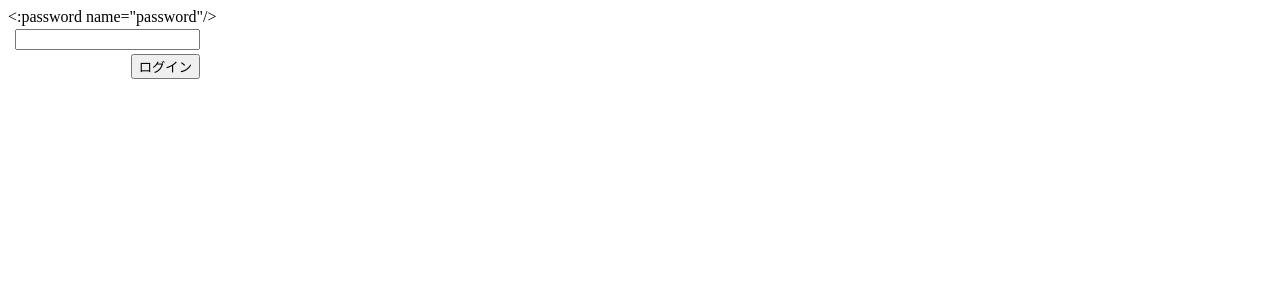
Repository: RyunosukeSaiga0816/test
Page: http://localhost/login/login.jsp
The author's editor kept a copy of each file at every save. The page is drawn from the files as they stood at one save, then again after the next save.
The browser window is 1280 px wide. The pictures show the whole page.
The page is served by Tomcat 9. Other server files are loaded and not shown.

Above is the page before, as saved 2018-07-05 02:35:22.

### login/WebContent/login.jsp
<%@ page language="java" contentType="text/html; charset=UTF-8" pageEncoding="UTF-8" %>
<%@ taglib prefix="s" uri="/struts-tags" %>
<!DOCTYPE html>
<html>
	<head>
		<meta content="utf-8">
		<title>ログイン画面</title>
	</head>
	<body>
		<s:form action="LoginAction">
			<s:textfield name="name"/>
			<:password name="password"/>
			<s:submit value="ログイン"/>
		</s:form>
	</body>
</html>

After the next save:
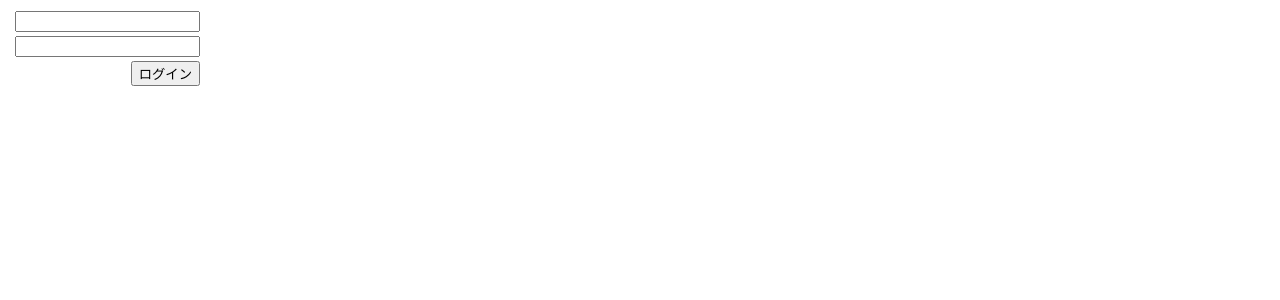
Saved 4 s later.
--- a/login/WebContent/login.jsp
+++ b/login/WebContent/login.jsp
@@ -9,7 +9,7 @@
 	<body>
 		<s:form action="LoginAction">
 			<s:textfield name="name"/>
-			<:password name="password"/>
+			<s:password name="password"/>
 			<s:submit value="ログイン"/>
 		</s:form>
 	</body>
